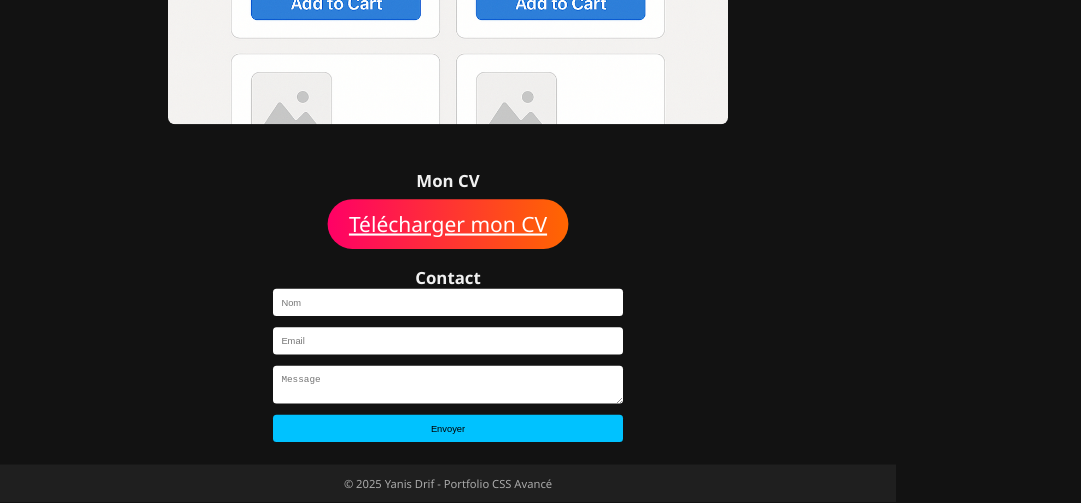
Repository: Yxniiss/ProjetCssAvance
Page: OneDrive/Bureau/Portfolio DrifYanis/home.html
The author's editor kept a copy of each file at every save. The page is drawn from the files as they stood at one save, then again after the next save.
The browser window is 1280 px wide. The page is 1544 px wide, so the pictures cover 1544 px, including what lies to the right of the window. The pictures show the part of the page from y = 1521 to 3121 px (the page is 2239 px tall before and 3268 px after), at 70% of full size.

Above is the page before, as saved 2025-04-10 11:12:01.
Console error: TypeError: Cannot set properties of null (setting 'textContent')

After the next save:
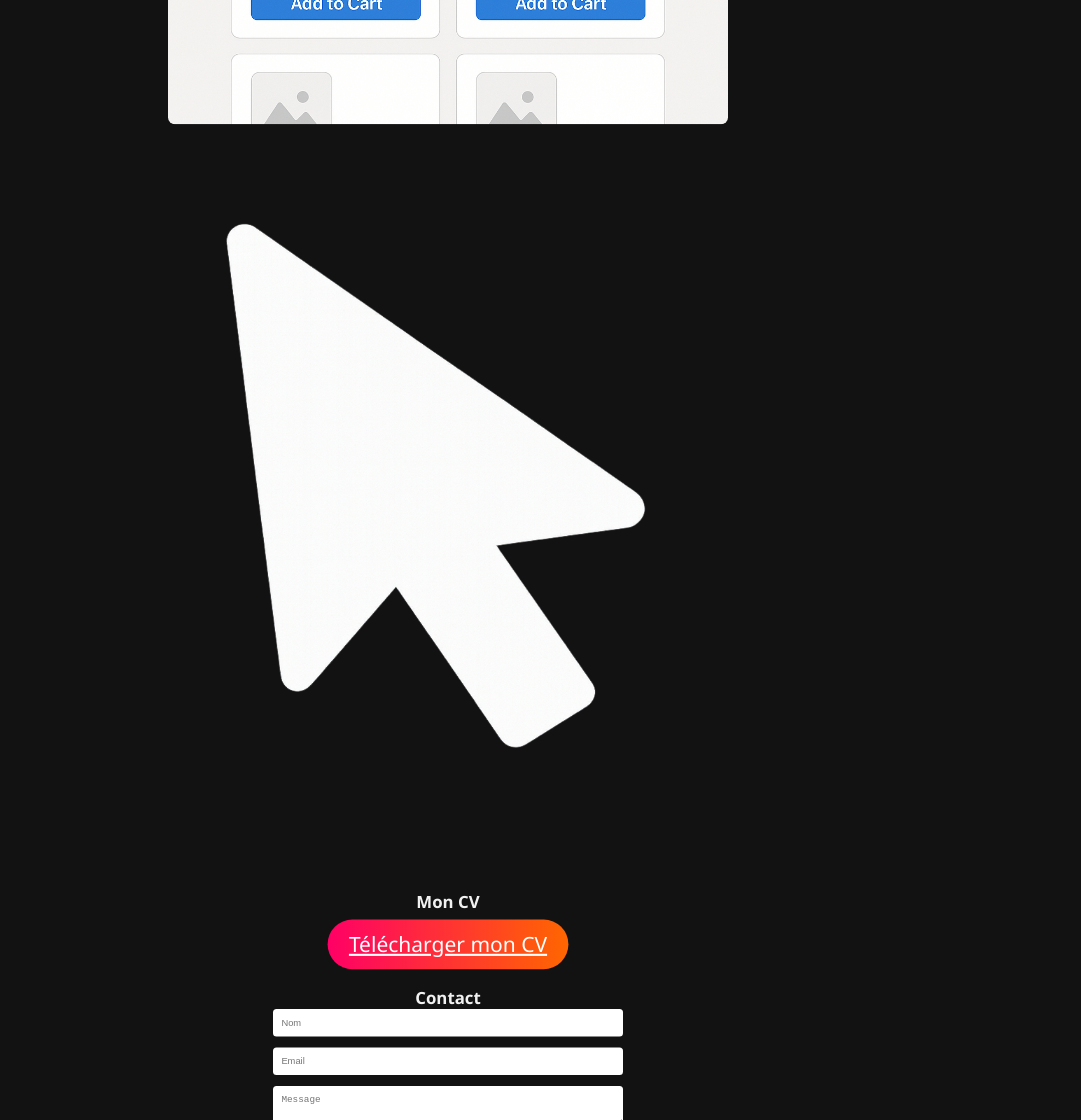
Saved 19 min 40 s later.
--- a/OneDrive/Bureau/Portfolio DrifYanis/home.html
+++ b/OneDrive/Bureau/Portfolio DrifYanis/home.html
@@ -49,6 +49,9 @@
       <img src="/image/ChatGPT Image 10 avr. 2025, 11_09_31.png" alt="Projet 2" />
       <img src="/image/ChatGPT Image 10 avr. 2025, 11_11_38.png" alt="Projet 3" />
     </div>
+    <div id="cursor2">
+      <img src="/image/fecd8f8b-00be-49a2-b5b1-3fb5a8c2059e.png";
+    </div>
   </section>
 
   <section id="cv" class="section cv">
